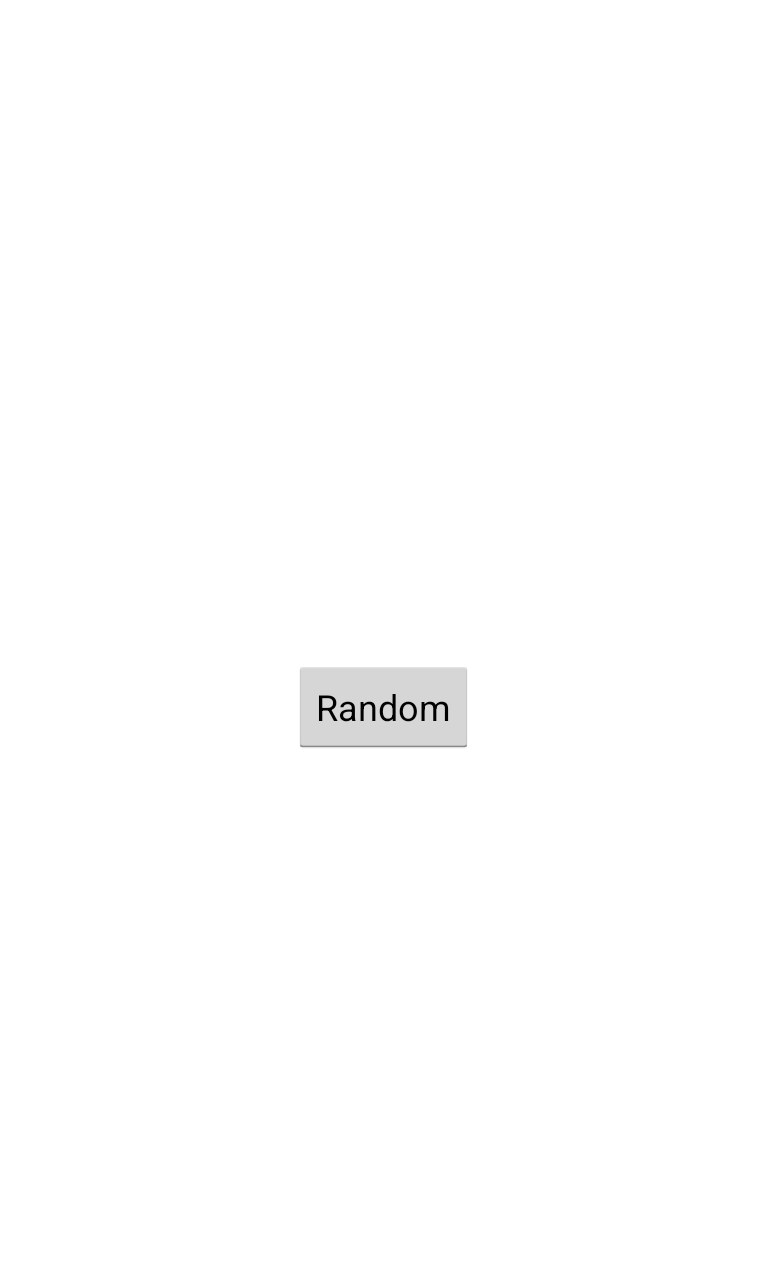
Repository: ek222mw/IDV436_API_Komponent
Layout: Labb1/res/layout/activity_main.xml
The author's editor kept a copy of each file at every save. The layout is drawn from the files as they stood at one save, then again after the next save.
It is drawn on a 768 x 1280 px phone screen (xhdpi) without system bars, with theme AppTheme; the app's code is not run.

Above is the layout before, as saved 2014-11-17 10:32:34.

### Labb1/res/layout/activity_main.xml
<LinearLayout xmlns:android="http://schemas.android.com/apk/res/android"
    xmlns:tools="http://schemas.android.com/tools"
    android:layout_width="match_parent"
    android:layout_height="match_parent"
    android:paddingBottom="@dimen/activity_vertical_margin"
    android:paddingLeft="@dimen/activity_horizontal_margin"
    android:paddingRight="@dimen/activity_horizontal_margin"
    android:paddingTop="@dimen/activity_vertical_margin"
    tools:context="com.example.labb1.MainActivity"
    android:orientation="vertical"
     >


      <TextView
        android:id="@+id/randomInt"
        android:layout_width="wrap_content"
        android:layout_height="wrap_content"
        android:text="@string/randomInt"
        android:layout_gravity="center"
        android:textSize="100sp"
         />

    <Button
        android:id="@+id/button_send"
        android:layout_width="wrap_content"
        android:layout_height="wrap_content"
        android:text="@string/random"

      	android:layout_marginTop="180dp"
      	android:layout_gravity="center"
        />





</LinearLayout>

### Labb1/res/values/strings.xml
<?xml version="1.0" encoding="utf-8"?>
<resources>

    <string name="app_name">Labb1</string>
    <string name="hello_world">Hello world!</string>
    <string name="action_settings">Settings</string>
    <string name="random">Random</string>
    <string name="randomInt"></string>

</resources>

Loaded but not shown: Labb1/res/values/styles.xml (common file); Labb1/res/values-v11/styles.xml (common file); Labb1/res/values-v14/styles.xml (common file); Labb1/res/values/dimens.xml (common file); Labb1/res/values-w820dp/dimens.xml (common file)

After the next save:
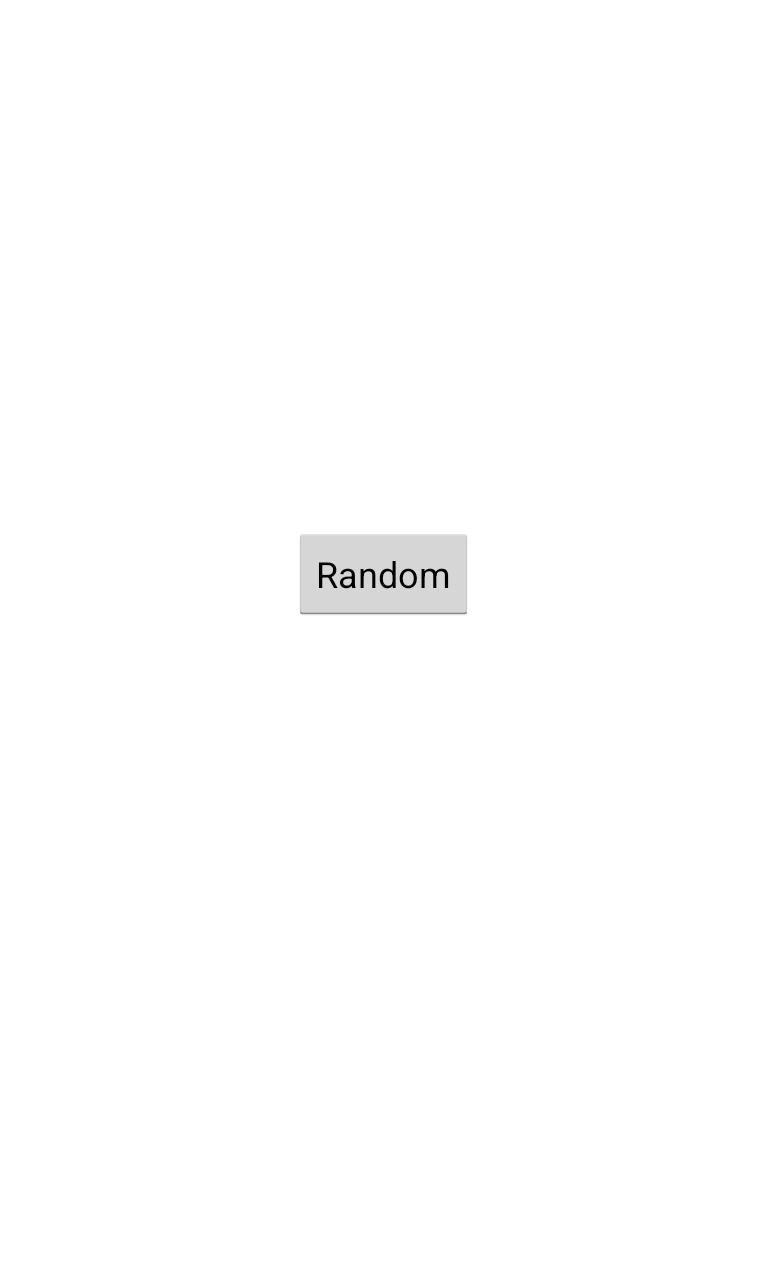
Saved 4 min 41 s later.
--- a/Labb1/res/layout/activity_main.xml
+++ b/Labb1/res/layout/activity_main.xml
@@ -17,7 +17,7 @@
         android:layout_height="wrap_content"
         android:text="@string/randomInt"
         android:layout_gravity="center"
-        android:textSize="100sp"
+        android:textSize="50sp"
          />
 
     <Button
